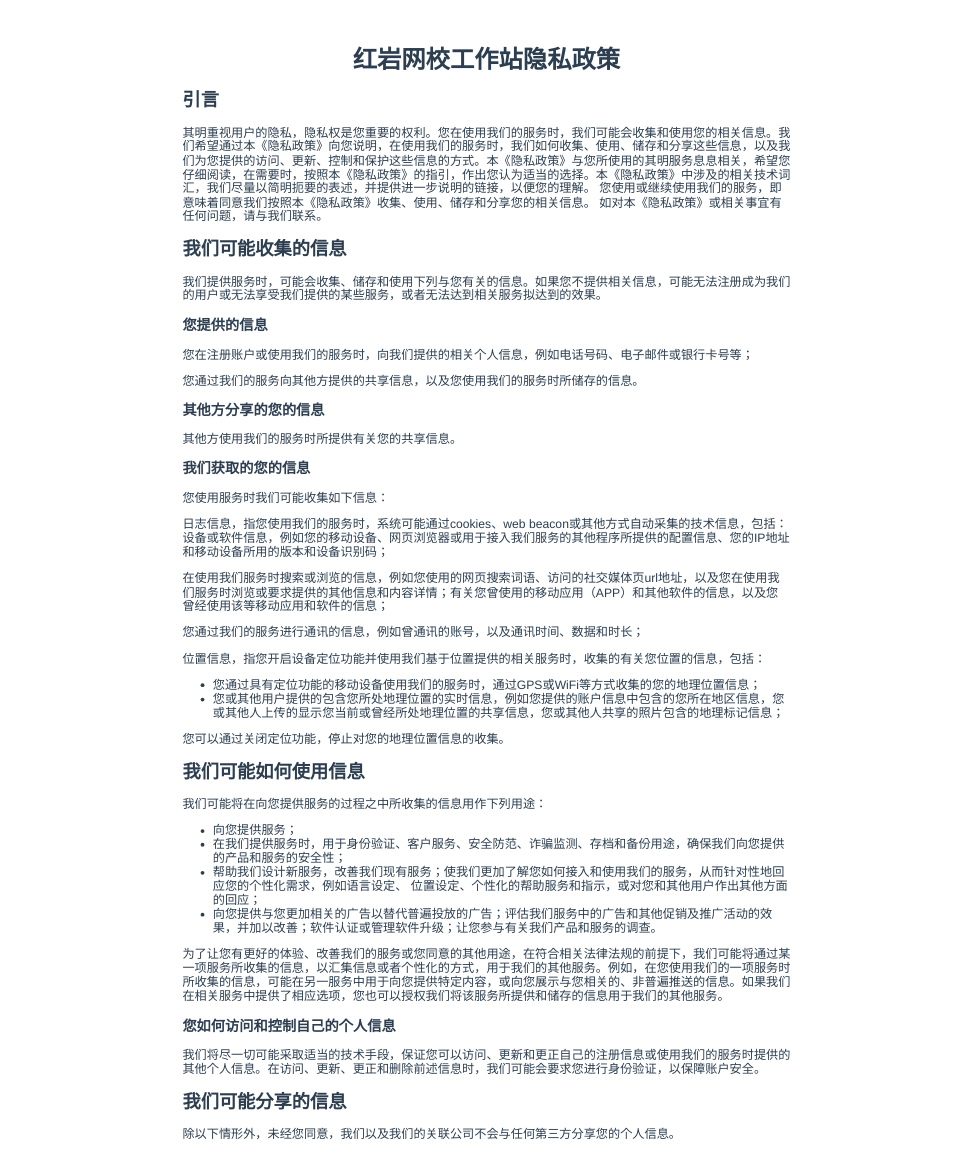
Repository: zl-mdc/privacy-policy
Page: /
The author's editor kept a copy of each file at every save. The page is drawn from the files as they stood at one save, then again after the next save.
The browser window is 1280 px wide. The pictures show the whole page, at 76% of full size.
The project was rebuilt for these pictures with package versions that can differ from the ones it lists, and the page was loaded fresh each time.

Above is the page before, as saved 2020-09-17 15:46:14.

### src/main.js
import Vue from 'vue'
import App from './App.vue'
import 'normalize.css'

Vue.config.productionTip = false

new Vue({
  render: h => h(App),
}).$mount('#app')

### src/App.vue
<template>
  <div id="app">
    <Info />
  </div>
</template>

<script>
import Info from './components/Info';

export default {
  name: 'App',
  components: {
    Info
  }
}
</script>

<style>
#app {
  font-family: Avenir, Helvetica, Arial, sans-serif;
  -webkit-font-smoothing: antialiased;
  -moz-osx-font-smoothing: grayscale;
  text-align: center;
  color: #2c3e50;
  margin-top: 60px;
}
</style>

### src/components/Info.vue
<!--
 * @Author: Code_Master
 * @Date: 2020-09-17 15:00:51
 * @LastEditTime: 2020-09-17 15:46:14
 * @LastEditors: Code_Master
 * @FilePath: /privacy-policy/src/components/Info.vue
 * @Description: The first 90% of the code accounts for the first 90% of the development time. The remaining 10% of the code accounts for the other 90% of the development time.
-->
<template>
    <div id="info">
          <h1>红岩网校工作站隐私政策</h1>

          <h2>引言</h2>
          <p><span></span>其明重视用户的隐私，隐私权是您重要的权利。您在使用我们的服务时，我们可能会收集和使用您的相关信息。我们希望通过本《隐私政策》向您说明，在使用我们的服务时，我们如何收集、使用、储存和分享这些信息，以及我们为您提供的访问、更新、控制和保护这些信息的方式。本《隐私政策》与您所使用的其明服务息息相关，希望您仔细阅读，在需要时，按照本《隐私政策》的指引，作出您认为适当的选择。本《隐私政策》中涉及的相关技术词汇，我们尽量以简明扼要的表述，并提供进一步说明的链接，以便您的理解。 您使用或继续使用我们的服务，即意味着同意我们按照本《隐私政策》收集、使用、储存和分享您的相关信息。 如对本《隐私政策》或相关事宜有任何问题，请与我们联系。 </p>

          <h2>我们可能收集的信息</h2>
          <p>我们提供服务时，可能会收集、储存和使用下列与您有关的信息。如果您不提供相关信息，可能无法注册成为我们的用户或无法享受我们提供的某些服务，或者无法达到相关服务拟达到的效果。</p>
          <h3>您提供的信息</h3>
          <p>您在注册账户或使用我们的服务时，向我们提供的相关个人信息，例如电话号码、电子邮件或银行卡号等；</p>
          <p>您通过我们的服务向其他方提供的共享信息，以及您使用我们的服务时所储存的信息。</p>
          <h3>其他方分享的您的信息</h3>
          <p>其他方使用我们的服务时所提供有关您的共享信息。</p>
          <h3>我们获取的您的信息</h3>
          <p>您使用服务时我们可能收集如下信息：</p>
          <p>日志信息，指您使用我们的服务时，系统可能通过cookies、web beacon或其他方式自动采集的技术信息，包括：设备或软件信息，例如您的移动设备、网页浏览器或用于接入我们服务的其他程序所提供的配置信息、您的IP地址和移动设备所用的版本和设备识别码；</p>
          <p>在使用我们服务时搜索或浏览的信息，例如您使用的网页搜索词语、访问的社交媒体页url地址，以及您在使用我们服务时浏览或要求提供的其他信息和内容详情；有关您曾使用的移动应用（APP）和其他软件的信息，以及您曾经使用该等移动应用和软件的信息；</p>
          <p>您通过我们的服务进行通讯的信息，例如曾通讯的账号，以及通讯时间、数据和时长；</p>
          <p>位置信息，指您开启设备定位功能并使用我们基于位置提供的相关服务时，收集的有关您位置的信息，包括：</p>
          <ul>
              <li>您通过具有定位功能的移动设备使用我们的服务时，通过GPS或WiFi等方式收集的您的地理位置信息；</li>
              <li>您或其他用户提供的包含您所处地理位置的实时信息，例如您提供的账户信息中包含的您所在地区信息，您或其他人上传的显示您当前或曾经所处地理位置的共享信息，您或其他人共享的照片包含的地理标记信息；</li>
          </ul>
          <p>您可以通过关闭定位功能，停止对您的地理位置信息的收集。</p>

          <h2>我们可能如何使用信息</h2>
          <p>我们可能将在向您提供服务的过程之中所收集的信息用作下列用途：</p>
          <ul>
              <li>向您提供服务； </li>
              <li>在我们提供服务时，用于身份验证、客户服务、安全防范、诈骗监测、存档和备份用途，确保我们向您提供的产品和服务的安全性； </li>
              <li>帮助我们设计新服务，改善我们现有服务；使我们更加了解您如何接入和使用我们的服务，从而针对性地回应您的个性化需求，例如语言设定、 位置设定、个性化的帮助服务和指示，或对您和其他用户作出其他方面的回应；</li>
              <li>向您提供与您更加相关的广告以替代普遍投放的广告；评估我们服务中的广告和其他促销及推广活动的效果，并加以改善；软件认证或管理软件升级；让您参与有关我们产品和服务的调查。</li>
          </ul>
          <p>为了让您有更好的体验、改善我们的服务或您同意的其他用途，在符合相关法律法规的前提下，我们可能将通过某一项服务所收集的信息，以汇集信息或者个性化的方式，用于我们的其他服务。例如，在您使用我们的一项服务时所收集的信息，可能在另一服务中用于向您提供特定内容，或向您展示与您相关的、非普遍推送的信息。如果我们在相关服务中提供了相应选项，您也可以授权我们将该服务所提供和储存的信息用于我们的其他服务。</p>
          <h3>您如何访问和控制自己的个人信息</h3>
          <p>我们将尽一切可能采取适当的技术手段，保证您可以访问、更新和更正自己的注册信息或使用我们的服务时提供的其他个人信息。在访问、更新、更正和删除前述信息时，我们可能会要求您进行身份验证，以保障账户安全。</p>

          <h2>我们可能分享的信息</h2>
          <p>除以下情形外，未经您同意，我们以及我们的关联公司不会与任何第三方分享您的个人信息。</p>

    </div>
</template>

<script>
export default {
    name: "Info",
}
</script>

<style>
    #info {
        width: 800px;
        margin: 0 auto;
        text-align: left;
    }
    h1 {
        text-align: center;
    }
</style>

Loaded but not shown: public/index.html (common file)

After the next save:
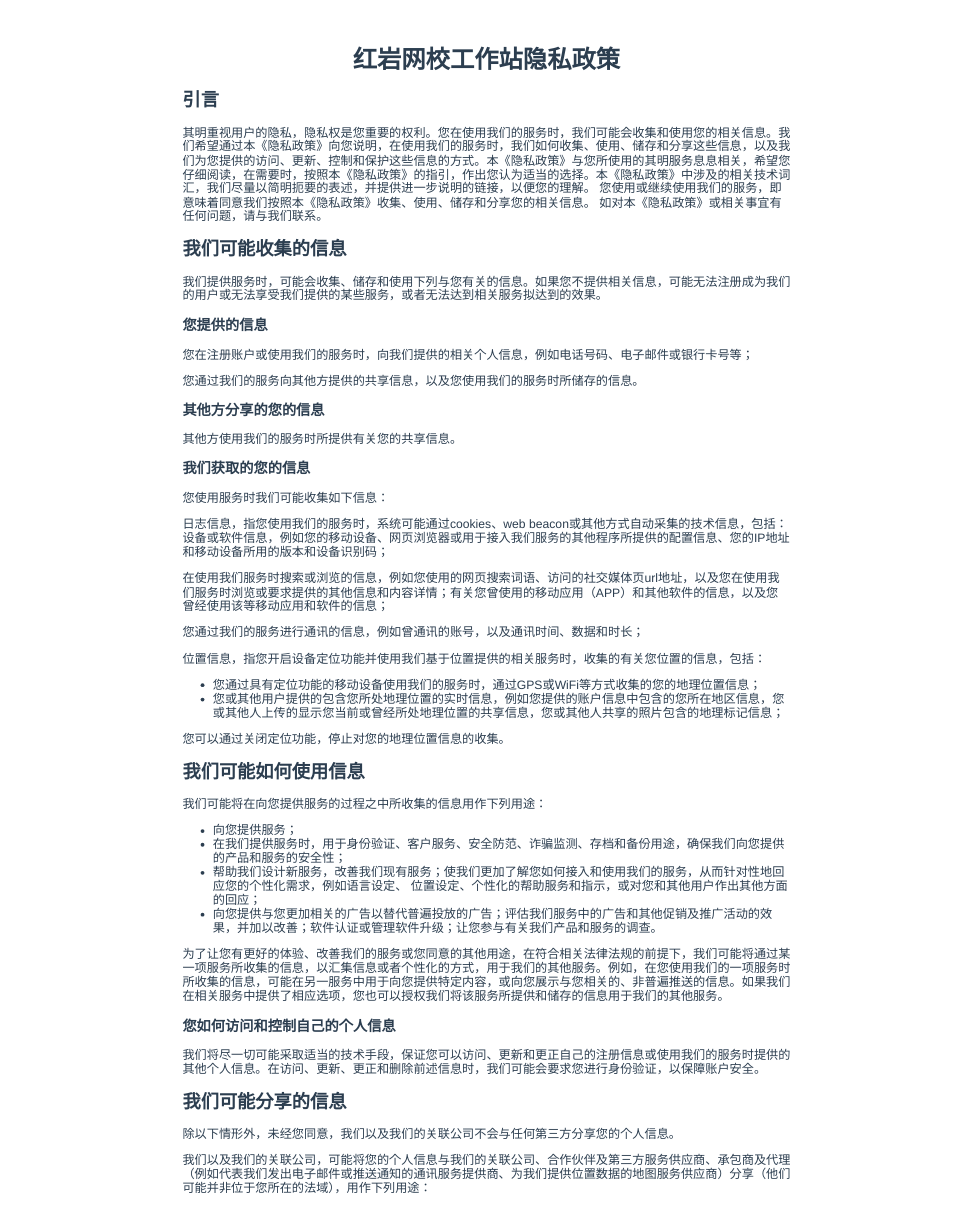
Saved 29 s later.
--- a/src/components/Info.vue
+++ b/src/components/Info.vue
@@ -1,7 +1,7 @@
 <!--
  * @Author: Code_Master
  * @Date: 2020-09-17 15:00:51
- * @LastEditTime: 2020-09-17 15:46:14
+ * @LastEditTime: 2020-09-17 15:46:43
  * @LastEditors: Code_Master
  * @FilePath: /privacy-policy/src/components/Info.vue
  * @Description: The first 90% of the code accounts for the first 90% of the development time. The remaining 10% of the code accounts for the other 90% of the development time.
@@ -46,7 +46,7 @@
 
           <h2>我们可能分享的信息</h2>
           <p>除以下情形外，未经您同意，我们以及我们的关联公司不会与任何第三方分享您的个人信息。</p>
-
+          <p>我们以及我们的关联公司，可能将您的个人信息与我们的关联公司、合作伙伴及第三方服务供应商、承包商及代理（例如代表我们发出电子邮件或推送通知的通讯服务提供商、为我们提供位置数据的地图服务供应商）分享（他们可能并非位于您所在的法域），用作下列用途：</p>
     </div>
 </template>
 
